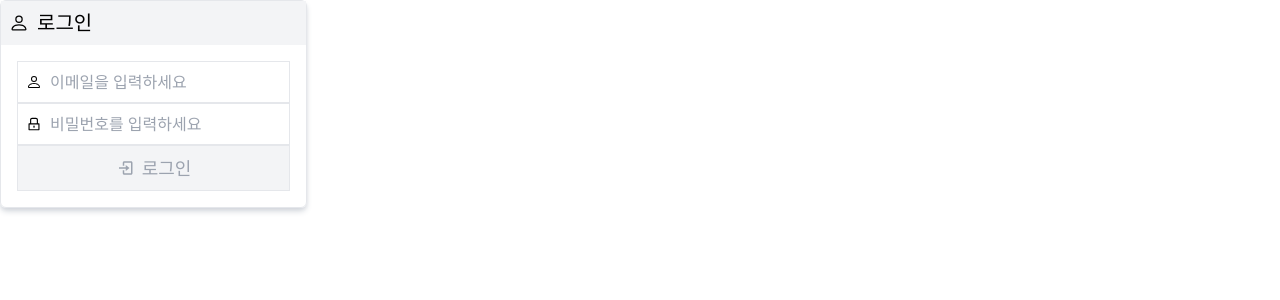
Repository: wanted-pre-onboarding-4/pre-onboarding-assignment-week-4-1-team-4
Page: /login (app in client/)
The author's editor kept a copy of each file at every save. The page is drawn from the files as they stood at one save, then again after the next save.
The browser window is 1280 px wide. The pictures show the whole page.
The project was rebuilt for these pictures with package versions that can differ from the ones it lists, and the page was loaded fresh each time. Also part of the build but not shown: client/src/components/Footer.jsx, client/src/components/Header.jsx, client/src/components/Sider.jsx, client/src/components/Layout.jsx.

Above is the page before, as saved 2022-09-20 21:18:50.

### client/src/index.js
import React from 'react';
import ReactDOM from 'react-dom/client';
import App from './App';
import "./index.css"
const root = ReactDOM.createRoot(document.getElementById('root'));
root.render(
  <React.StrictMode>
    <App />
  </React.StrictMode>
);

### client/src/App.js
import { BrowserRouter as Router, Routes, Route } from 'react-router-dom';
import Layout from './components/Layout';
import Login from './pages/login/Login';

function App() {
  return (
    <Router>
      <Routes>
        <Route path="/login" element={<Login/>} />
        <Route element={<Layout />}>
          <Route path="/" element={<div>홈</div>} />
          <Route path="/users" element={<div>유저 목록 페이지</div>} />
          <Route path="/users/:user_id" element={<div>유저 상세 페이지</div>} />
          <Route path="/accounts" element={<div>계좌 목록 페이지</div>} />
          <Route path="/accounts/:account_id" element={<div>계좌 상세 페이지</div>} />
          <Route path="*" element={<div>404페이지</div>} />
        </Route>
      </Routes>
    </Router>
  );
}

export default App;

### client/src/index.css
#root{
  display: flex;
  height:100vh;
}

@tailwind base;
@tailwind components;
@tailwind utilities;

### client/src/pages/login/Login.jsx
import React from 'react';
import { BsPerson } from 'react-icons/bs';
import { AiOutlineLock } from 'react-icons/ai';
import { BiLogIn } from 'react-icons/bi';

const Login = () => {
  return (
    <div>
      <div className='border-solid border-[1px] rounded-md shadow-md shadow-gray-300'>
        <div className="flex items-center justify-start space-x-2 p-2 font-medium text-xl bg-gray-100">
          <BsPerson />
          <h1>로그인</h1>
        </div>
        <form className='p-4'>
          <label className="flex items-center space-x-2 border-solid border-[1px] p-2">
            <BsPerson />
            <input type="email" placeholder="이메일을 입력하세요" className='outline-none' />
          </label>
          <label className="flex items-center space-x-2 border-solid border-[1px] p-2">
            <AiOutlineLock />
            <input type="password" placeholder="비밀번호를 입력하세요" className='outline-none' />
          </label>
          <button
            className="flex items-center justify-center space-x-2 w-full text-lg border-solid border-[1px] p-2 disabled:text-gray-400 disabled:bg-gray-100"
            disabled={true}
          >
            <BiLogIn />
            <span>로그인</span>
          </button>
        </form>
      </div>
    </div>
  );
};

export default Login;

Loaded but not shown: client/public/index.html (common file); client/tailwind.config.js (common file)

After the next save:
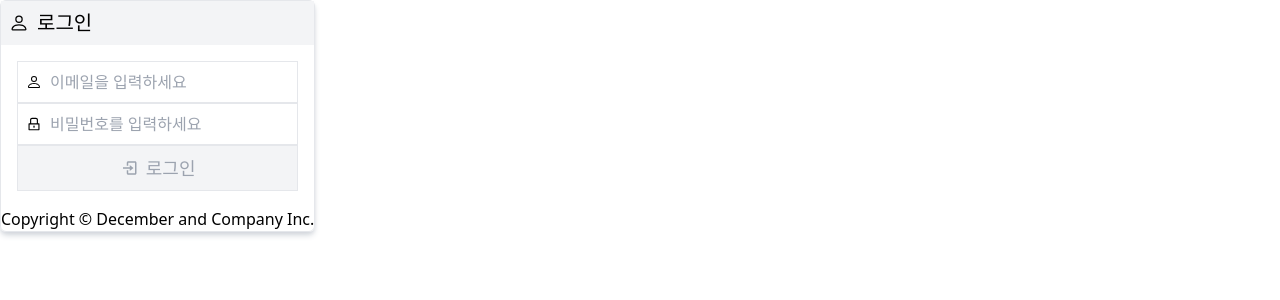
Saved 7 s later.
--- a/client/src/pages/login/Login.jsx
+++ b/client/src/pages/login/Login.jsx
@@ -28,6 +28,7 @@ const Login = () => {
             <span>로그인</span>
           </button>
         </form>
+        <p>Copyright © December and Company Inc.</p>
       </div>
     </div>
   );
